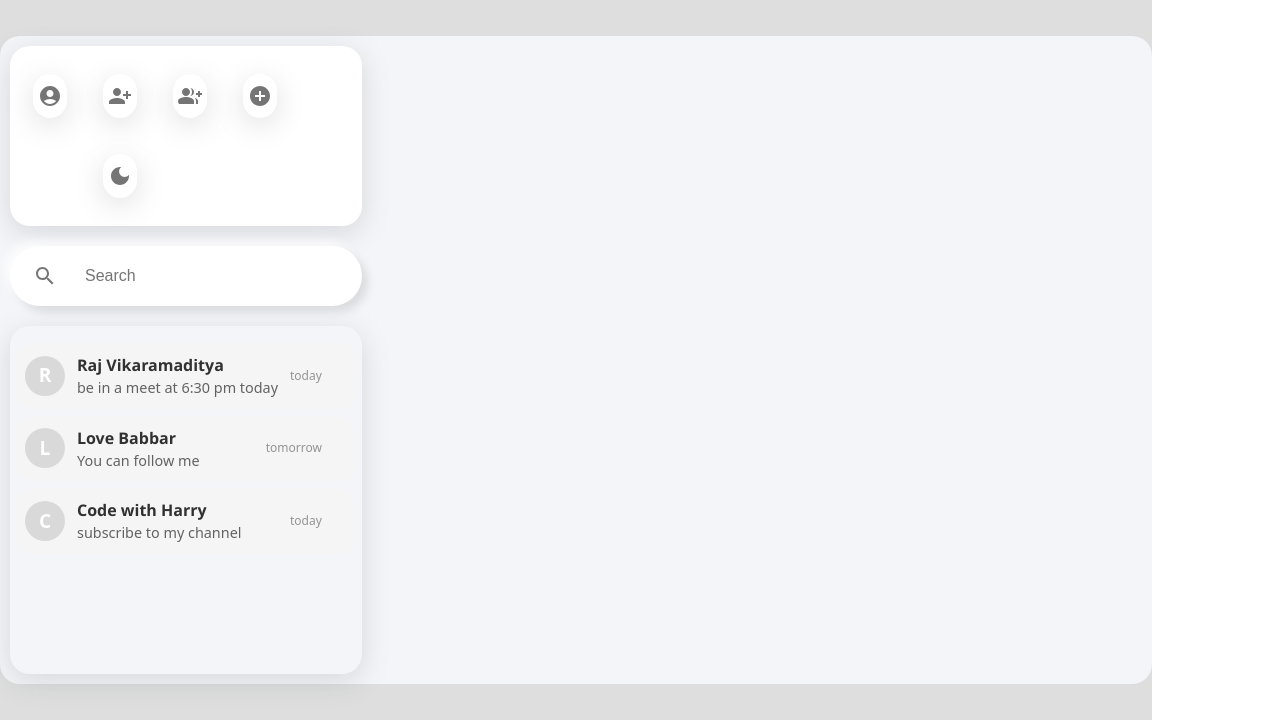
Repository: rahul-chakradhari/chat_app
Page: /app
An editor plug-in stored every save of this project. The page is shown before and after the next save, followed by the edit.
The browser window is 1280 px wide. The pictures show the whole page.
The project was rebuilt for these pictures with package versions that can differ from the ones it lists, and the page was loaded fresh each time. Also part of the build but not shown: vite.config.js, src/components/Login.jsx, src/components/Messagebyme.jsx, src/components/Messagebyothers.jsx, src/components/Chatarea.jsx, src/components/Welcome.jsx, src/components/Creategroups.jsx, src/components/Users.jsx and 1 more.

Above is the page before, as saved 2025-03-02 14:27:59.

After the next save:
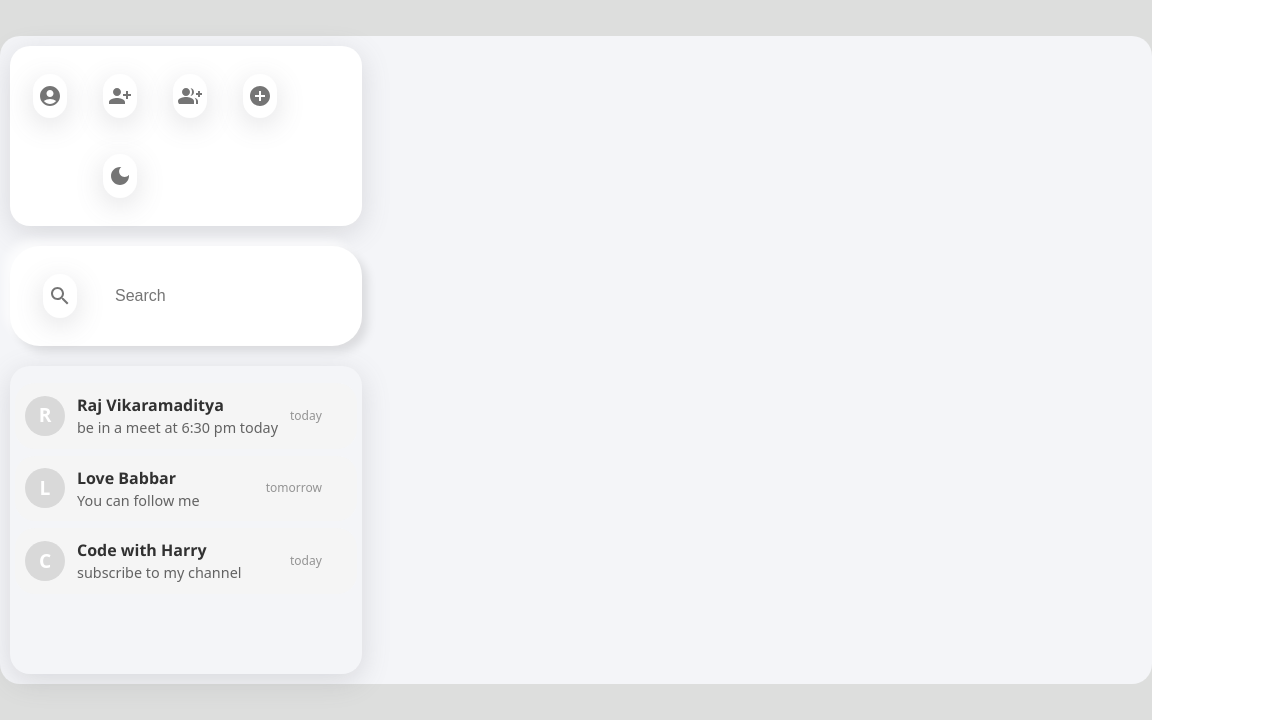
Saved 5 s later.
--- a/src/components/Sidebar.jsx
+++ b/src/components/Sidebar.jsx
@@ -92,7 +92,7 @@
 
       <div className="search">
         <IconButton>
-          <SearchIcon />
+          <SearchIcon className={"headers " + (lighttheme ? "" : "dark")} />
         </IconButton>
         <input placeholder="Search" className="box" />
       </div>

After the save that followed:
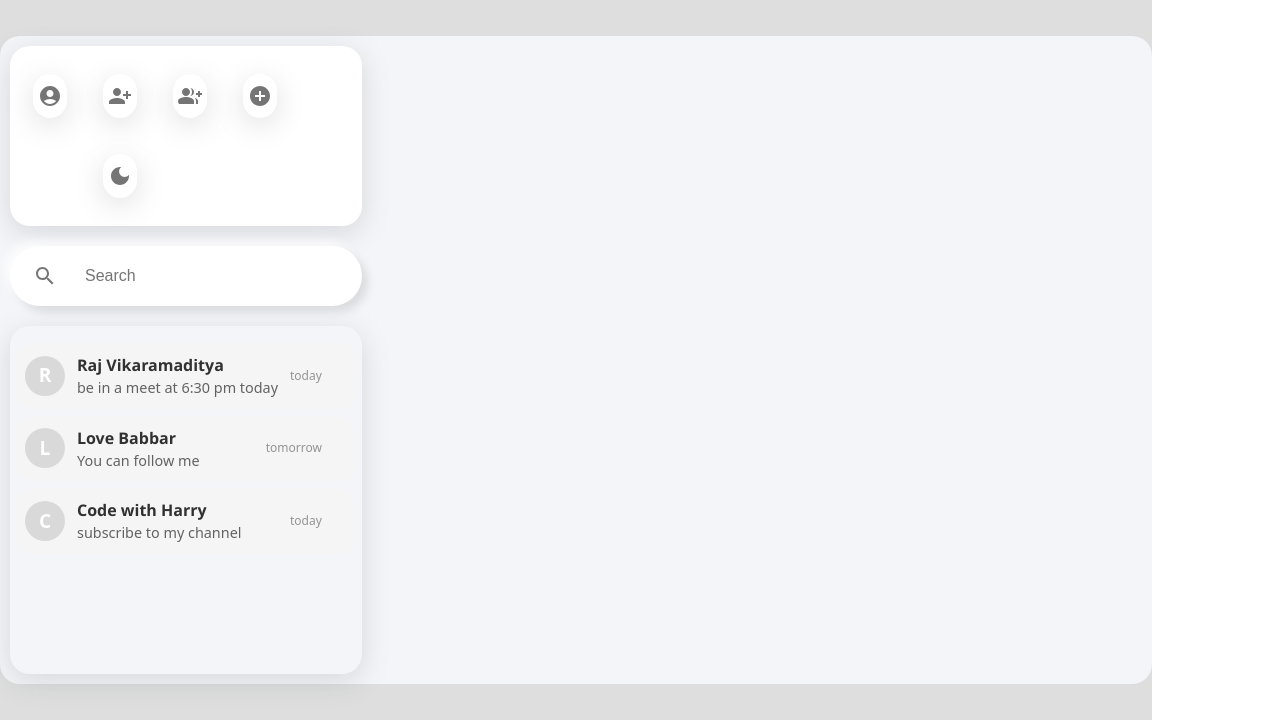
Saved 5 s later.
--- a/src/components/Sidebar.jsx
+++ b/src/components/Sidebar.jsx
@@ -92,7 +92,7 @@
 
       <div className="search">
         <IconButton>
-          <SearchIcon className={"headers " + (lighttheme ? "" : "dark")} />
+          <SearchIcon />
         </IconButton>
         <input placeholder="Search" className="box" />
       </div>
